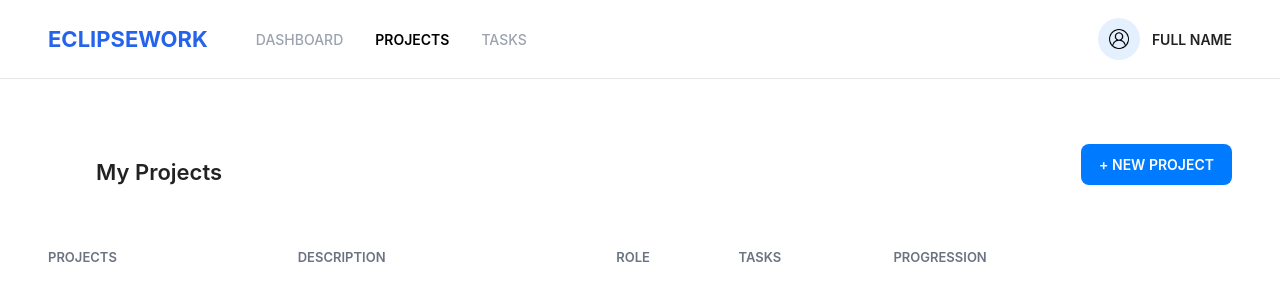
Repository: lynaannou/work-management-app
Page: src/main/resources/ressources/view/projects.html
An editor plug-in stored every save of this project. The page is shown before and after the next save, followed by the edit.
The browser window is 1280 px wide. The pictures show the whole page.

Above is the page before, as saved 2025-12-25 09:21:18.

### src/main/resources/ressources/view/projects.html
<!DOCTYPE html>
<html lang="en">
<head>
  <meta charset="UTF-8">
  <title>ECLIPSEWORK – Projects</title>
  <link rel="stylesheet" href="projects.css">
</head>
<body>

<!-- =========================
     NAVBAR
========================= -->
<div class="navbar">
  <div class="nav-left">
    <div class="brand">ECLIPSEWORK</div>

    <div class="nav-links">
      <a href="#" onclick="goDashboard()">DASHBOARD</a>
      <a href="#" class="active">PROJECTS</a>
      <a href="#" onclick="goTasks()">TASKS</a>
    </div>
  </div>

  <div class="nav-right">
    <div class="avatar">
      <img src="user.png" alt="user">
    </div>
    <div class="user-name">FULL NAME</div>
  </div>
</div>

<!-- =========================
     PAGE HEADER
========================= -->
<div class="page-header">
  <h2>My Projects</h2>

  <button class="btn-primary" onclick="openNewProject()">
    + NEW PROJECT
  </button>
</div>


<!-- =========================
     PROJECTS TABLE
========================= -->
<table id="projectsTable">
  <thead>
    <tr>
      <th>PROJECTS</th>
      <th>DESCRIPTION</th>
      <th>ROLE</th>
      <th class="col-center">TASKS</th>
      <th class="col-center">PROGRESSION</th>
    </tr>
  </thead>
  <tbody></tbody>
</table>

<script>
function loadProjects(data) {
  if (!data || data.length === 0) return;

  // Set user name (from first dashboard)
  if (data[0].leader) {
    const leader = data[0].leader;
    document.querySelector(".user-name").textContent =
      leader.firstName + " " + leader.lastName;
  }

  const tbody = document.querySelector("#projectsTable tbody");
  tbody.innerHTML = "";

  data.forEach(ws => {
    const done = ws.progress.done;
    const total = ws.progress.total;
    const pct = total === 0 ? 0 : Math.round((done / total) * 100);

    // ✅ CORRECT ROLE LOGIC (FROM BACKEND)
    const roleClass = ws.role === "LEAD" ? "leader" : "member";
    const roleLabel = ws.role === "LEAD" ? "LEADER" : "MEMBER";

    console.log(
      "UI ROLE → teamId =", ws.workspace.teamId,
      "role =", ws.role
    );

    const tr = document.createElement("tr");

    tr.innerHTML = `
      <td>
        <div class="project-name">
          ${ws.workspace.name}
          ${ws.role === "LEAD" ? `<span class="edit">✎</span>` : ""}
        </div>
      </td>

      <td>${ws.workspace.description || "—"}</td>

      <td>
        <span class="role ${roleClass}">
          ${roleLabel}
        </span>
      </td>

      <td class="col-center">
        <button class="btn">SEE TASKS</button>
      </td>

      <td class="col-center">
        <button class="btn" onclick="openWorkspace(${ws.workspace.teamId})">
          ${pct}% – SEE PROGRESSION
        </button>
      </td>
    `;

    tbody.appendChild(tr);
  });
}


// JavaFX hooks
function openWorkspace(teamId) {
  if (window.java && window.java.openWorkspace) {
    window.java.openWorkspace(teamId);
  }
}

function openNewProject() {
  console.log("➕ New Project button clicked");
  if (window.java && window.java.openNewProject) {
    window.java.openNewProject();
  } else {
    console.warn("openNewProject() not implemented yet");
  }
}

function goDashboard() {
  if (window.java && window.java.goDashboard) {
    window.java.goDashboard();
  }
}

function goTasks() {
  if (window.java && window.java.goTasks) {
    window.java.goTasks();
  }
}
</script>
<script>
console.log("✅ invite-members.js loaded");

const selectedUsers = new Map();

function searchUsers(value) {
  console.log("🔍 searchUsers called with:", value);

  const box = document.getElementById("inviteResults");
  box.innerHTML = "";

  if (!value || value.length < 1) return;

  if (!window.javaBridge || !window.javaBridge.searchUsersByEmail) {
    console.error("❌ searchUsersByEmail not available on javaBridge");
    return;
  }

  const raw = window.javaBridge.searchUsersByEmail(value);
  console.log("📦 Backend response:", raw);

  let users;
  try {
    users = JSON.parse(raw);
  } catch (e) {
    console.error("❌ Invalid JSON", e);
    return;
  }

  users.forEach(u => {
    if (selectedUsers.has(u.userId)) return;

    const div = document.createElement("div");
    div.className = "invite-item";
    div.textContent = u.email;

    div.onclick = () => addMember(u);
    box.appendChild(div);
  });
}

function addMember(user) {
  console.log("➕ Adding member:", user.email);
  selectedUsers.set(user.userId, user);

  document.getElementById("inviteEmail").value = "";
  document.getElementById("inviteResults").innerHTML = "";

  renderSelectedMembers();
}

function removeMember(userId) {
  selectedUsers.delete(userId);
  renderSelectedMembers();
}

function renderSelectedMembers() {
  const container = document.getElementById("selectedMembers");
  container.innerHTML = "";

  selectedUsers.forEach(user => {
    const chip = document.createElement("div");
    chip.className = "member-chip";
    chip.innerHTML = `
      ${user.email}
      <span onclick="removeMember(${user.userId})">×</span>
    `;
    container.appendChild(chip);
  });
}
</script>

</body>
</html>

### src/main/resources/ressources/view/projects.css
/* =========================
   GLOBAL RESET
========================= */
* {
  margin: 0;
  padding: 0;
  box-sizing: border-box;
  font-family: "Inter", "Segoe UI", sans-serif;
}

body {
  background: #ffffff;
  color: #222;
}

/* =========================
   NAVBAR
========================= */
.navbar {
  display: flex;
  align-items: center;
  justify-content: space-between;
  padding: 18px 48px;
  border-bottom: 1px solid #e5e7eb;
}

.nav-left {
  display: flex;
  align-items: center;
  gap: 48px;
}

.brand {
  font-weight: 700;
  font-size: 22px;
  color: #2563eb;
}

.nav-links {
  display: flex;
  gap: 32px;
}

.nav-links a {
  text-decoration: none;
  font-size: 14px;
  font-weight: 500;
  color: #9ca3af;
}

.nav-links a.active {
  color: #000;
  font-weight: 600;
}

.nav-right {
  display: flex;
  align-items: center;
  gap: 12px;
}

.avatar {
  width: 42px;
  height: 42px;
  border-radius: 50%;
  background: #e5f0ff;
  display: flex;
  align-items: center;
  justify-content: center;
}

.avatar img {
  width: 20px;
}

.user-name {
  font-size: 14px;
  font-weight: 600;
}

/* =========================
   PAGE TITLE
========================= */
h2 {
  margin: 40px 48px 24px;
  font-size: 22px;
  font-weight: 600;
}

/* =========================
   TABLE
========================= */
#projectsTable {
  width: calc(100% - 96px);
  margin: 0 48px 40px;
  border-collapse: collapse;
}

#projectsTable thead th {
  text-align: left;
  font-size: 13px;
  font-weight: 600;
  color: #6b7280;
  padding: 16px 0;
}

#projectsTable tbody tr {
  border-top: 1px solid #e5e7eb;
}

#projectsTable tbody tr:last-child {
  border-bottom: 1px solid #e5e7eb;
}

#projectsTable td {
  padding: 22px 0;
  font-size: 14px;
  vertical-align: middle;
}

/* =========================
   PROJECT NAME
========================= */
.project-name {
  font-weight: 600;
  display: flex;
  align-items: center;
  gap: 8px;
}

.project-name .edit {
  font-size: 12px;
  cursor: pointer;
  color: #6b7280;
}

/* =========================
   ROLE BADGES
========================= */
.role {
  display: inline-flex;
  align-items: center;
  gap: 8px;
  padding: 6px 14px;
  border-radius: 999px;
  font-size: 12px;
  font-weight: 600;
}

.role.leader {
  background: #ede9fe;
  color: #5b21b6;
}

.role.member {
  background: #e0f2fe;
  color: #0369a1;
}

.role::before {
  content: "";
  width: 12px;
  height: 12px;
  border-radius: 50%;
  background: currentColor;
}

/* =========================
   ACTION BUTTONS
========================= */
.btn {
  padding: 10px 18px;
  border-radius: 999px;
  background: #e6f0f9;
  border: none;
  font-size: 12px;
  font-weight: 600;
  color: #111827;
  cursor: pointer;
}

.btn:hover {
  background: #dbeafe;
}

/* =========================
   ALIGNMENT HELPERS
========================= */
.col-center {
  text-align: center;
}

.col-right {
  text-align: right;
}
.page-header {
  display: flex;
  align-items: center;
  justify-content: space-between;
  margin: 40px 48px 24px;
}

.btn-primary {
  background-color: #007bff;
  color: #fff;
  border: none;
  padding: 12px 18px;
  font-size: 14px;
  font-weight: 600;
  border-radius: 8px;
  cursor: pointer;
}

.btn-primary:hover {
  background-color: #005fd1;
}

After the next save:
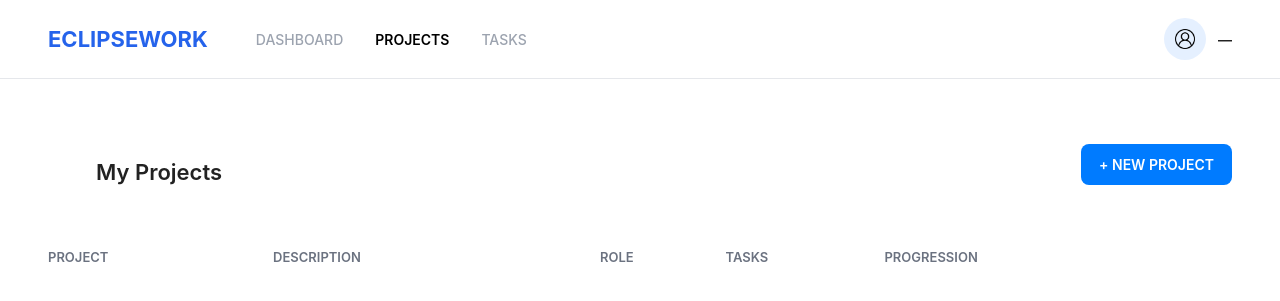
Saved 69 min 22 s later.
--- a/src/main/resources/ressources/view/projects.html
+++ b/src/main/resources/ressources/view/projects.html
@@ -25,7 +25,7 @@
     <div class="avatar">
       <img src="user.png" alt="user">
     </div>
-    <div class="user-name">FULL NAME</div>
+    <div class="user-name">—</div>
   </div>
 </div>
 
@@ -40,14 +40,13 @@
   </button>
 </div>
 
-
 <!-- =========================
      PROJECTS TABLE
 ========================= -->
 <table id="projectsTable">
   <thead>
     <tr>
-      <th>PROJECTS</th>
+      <th>PROJECT</th>
       <th>DESCRIPTION</th>
       <th>ROLE</th>
       <th class="col-center">TASKS</th>
@@ -57,11 +56,21 @@
   <tbody></tbody>
 </table>
 
+<!-- =====================================================
+     MAIN ENTRY POINT — CALLED FROM JAVA
+===================================================== -->
 <script>
 function loadProjects(data) {
-  if (!data || data.length === 0) return;
+  console.log("📥 loadProjects called:", data);
 
-  // Set user name (from first dashboard)
+  if (!data || data.length === 0) {
+    console.warn("⚠️ No projects received");
+    return;
+  }
+
+  /* ===============================
+     USER NAME (FROM FIRST DASHBOARD)
+  =============================== */
   if (data[0].leader) {
     const leader = data[0].leader;
     document.querySelector(".user-name").textContent =
@@ -72,17 +81,26 @@ function loadProjects(data) {
   tbody.innerHTML = "";
 
   data.forEach(ws => {
+
+    /* ===============================
+       PROGRESSION
+    =============================== */
     const done = ws.progress.done;
     const total = ws.progress.total;
     const pct = total === 0 ? 0 : Math.round((done / total) * 100);
 
-    // ✅ CORRECT ROLE LOGIC (FROM BACKEND)
-    const roleClass = ws.role === "LEAD" ? "leader" : "member";
-    const roleLabel = ws.role === "LEAD" ? "LEADER" : "MEMBER";
+    /* ===============================
+       ROLE — COMES FROM BACKEND
+       ws.currentUserRole = "LEAD" | "MEMBER"
+    =============================== */
+    const isLead = ws.currentUserRole === "LEAD";
+
+    const roleClass = isLead ? "leader" : "member";
+    const roleLabel = isLead ? "LEADER" : "MEMBER";
 
     console.log(
       "UI ROLE → teamId =", ws.workspace.teamId,
-      "role =", ws.role
+      "role =", ws.currentUserRole
     );
 
     const tr = document.createElement("tr");
@@ -91,7 +109,7 @@ function loadProjects(data) {
       <td>
         <div class="project-name">
           ${ws.workspace.name}
-          ${ws.role === "LEAD" ? `<span class="edit">✎</span>` : ""}
+          ${isLead ? `<span class="edit">✎</span>` : ``}
         </div>
       </td>
 
@@ -104,7 +122,9 @@ function loadProjects(data) {
       </td>
 
       <td class="col-center">
-        <button class="btn">SEE TASKS</button>
+        <button class="btn">
+          SEE TASKS
+        </button>
       </td>
 
       <td class="col-center">
@@ -117,21 +137,25 @@ function loadProjects(data) {
     tbody.appendChild(tr);
   });
 }
+</script>
 
-
-// JavaFX hooks
+<!-- =====================================================
+     JAVA BRIDGE NAVIGATION
+===================================================== -->
+<script>
 function openWorkspace(teamId) {
   if (window.java && window.java.openWorkspace) {
     window.java.openWorkspace(teamId);
+  } else {
+    console.error("❌ java.openWorkspace not available");
   }
 }
 
 function openNewProject() {
-  console.log("➕ New Project button clicked");
   if (window.java && window.java.openNewProject) {
     window.java.openNewProject();
   } else {
-    console.warn("openNewProject() not implemented yet");
+    console.warn("openNewProject() not implemented");
   }
 }
 
@@ -147,77 +171,6 @@ function goTasks() {
   }
 }
 </script>
-<script>
-console.log("✅ invite-members.js loaded");
-
-const selectedUsers = new Map();
-
-function searchUsers(value) {
-  console.log("🔍 searchUsers called with:", value);
-
-  const box = document.getElementById("inviteResults");
-  box.innerHTML = "";
-
-  if (!value || value.length < 1) return;
-
-  if (!window.javaBridge || !window.javaBridge.searchUsersByEmail) {
-    console.error("❌ searchUsersByEmail not available on javaBridge");
-    return;
-  }
-
-  const raw = window.javaBridge.searchUsersByEmail(value);
-  console.log("📦 Backend response:", raw);
-
-  let users;
-  try {
-    users = JSON.parse(raw);
-  } catch (e) {
-    console.error("❌ Invalid JSON", e);
-    return;
-  }
-
-  users.forEach(u => {
-    if (selectedUsers.has(u.userId)) return;
-
-    const div = document.createElement("div");
-    div.className = "invite-item";
-    div.textContent = u.email;
-
-    div.onclick = () => addMember(u);
-    box.appendChild(div);
-  });
-}
-
-function addMember(user) {
-  console.log("➕ Adding member:", user.email);
-  selectedUsers.set(user.userId, user);
-
-  document.getElementById("inviteEmail").value = "";
-  document.getElementById("inviteResults").innerHTML = "";
-
-  renderSelectedMembers();
-}
-
-function removeMember(userId) {
-  selectedUsers.delete(userId);
-  renderSelectedMembers();
-}
-
-function renderSelectedMembers() {
-  const container = document.getElementById("selectedMembers");
-  container.innerHTML = "";
-
-  selectedUsers.forEach(user => {
-    const chip = document.createElement("div");
-    chip.className = "member-chip";
-    chip.innerHTML = `
-      ${user.email}
-      <span onclick="removeMember(${user.userId})">×</span>
-    `;
-    container.appendChild(chip);
-  });
-}
-</script>
 
 </body>
 </html>
